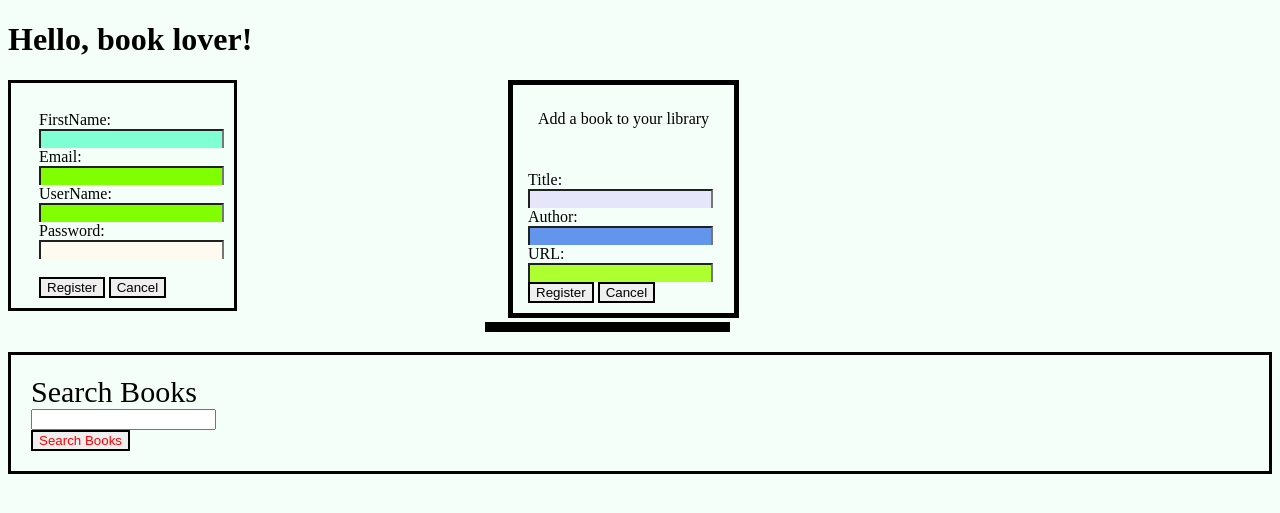
Repository: IuliaGusatu/cloudcomputingProjectSIMPREGusatuIulia
Page: environment/frontend/index.html
The author's editor kept a record of every edit. The page is drawn from the files as they stood at one moment, then again after the next edit.
The browser window is 1280 px wide. The pictures show the whole page.
The page's requests for data from a server got no answer.

Above is the page before.

### environment/frontend/index.html

<!DOCTYPE html>
<html style="background-color: mintcream;">
    <head>

        <title>BooksMania</title>
    </head>
    <body>
        <h1>Hello, book lover!</h1>
        <div style ="display: inline-block">
            <div style ="float: left; padding-left: 45px; border: 3px;border-color: black;border-style: solid;">
        <form style="margin: 10px;margin-left: -17px;">
  <input type="hidden" name="id" id="id" /><br />
  FirstName:<br />
  <input type="text" name="firstName" id="firstName" style="background-color: aquamarine;border-block-end-style: initial"/><br />
  Email:<br />
  <input type="text" name="email" id="email" style="border-block-end-style: initial;background-color: chartreuse;"><br/>
  UserName:<br />
  <input type="text" name="userName" id="userName" style="background-color: chartreuse;border-block-end-style: initial"><br/>
  Password:<br />
  <input type="text" name="password" id="password" style="background-color: floralwhite; border-block-end-style: initial"><br/>
  <br/>
  <input type="submit" value="Register" style="border-style: solid; border-color: black;" onSubmit="saveUsers()">
  <input type="reset" value="Cancel" style="border-style: solid; border-color: black;">
</form>
</div>
<div style ="float: right; margin-left:271px; border-color:black ; border-padding: 10px; border: 5px; border-style: solid;">
   <p style=" margin:25px">Add a book to your library</p>
  <form style=" margin-left: 15px;"onSubmit="saveBooks(event)">
  <input type="hidden" name="id" id="id" /><br />
  Title:<br />
  <input type="text" name="title" id="title"   style="background-color: lavender;border-block-end-style: initial"/><br />
  Author:<br />
  <input type="text" name="author" id="author" style="background-color: cornflowerblue; border-block-end-style: initial"><br/>
  URL:<br />
  <input type="text" name="url" id="url" style="background-color: greenyellow;border-block-end-style: initial"><br/>
  <input type="submit" value="Register" style=" margin-bottom: 10px;border-style: solid;border-color: black;">
  <input type="reset" value="Cancel"style="border-style: solid;border-color: black;">
</form>
</div>
</div>
<div   onSubmit ="showBooks()"id ="table"style="border-color:black ; border-padding: 10px; border: 5px; border-style: solid; margin-right: 542px; margin-left: 477px;">

</div>
<div style="padding:10px">

</div>
<div style ="display: inline-block border-color: black; border-style: solid;">
<div id="search"  style=" padding: 10px; margin: 10px;">
    	<label  style="font-family: fantasy;font-size: 30px" for="search">Search Books</label>
		<form id="myform">
			<div >
				<input type="search" id="books">

			</div>
			<button style="border-style: solid; border-color: black; color:red"  >Search Books</button>
		</form>
	</div>
	<div id="result">

	</div>
</div>
<script src="https://unpkg.com/axios/dist/axios.min.js"></script>
 <script
    src="https://code.jquery.com/jquery-3.3.1.min.js"
    integrity="sha256-FgpCb/KJQlLNfOu91ta32o/NMZxltwRo8QtmkMRdAu8="
    crossorigin="anonymous"></script>

<script>

    $(document).ready(function() {
        console.log('Hello from JQuery')
        showBooks()
    })
function showBooks() {
    axios.get('/books').then(function(results) {

        let html = ` <table style="width:500px;">
                <tr>
                    <th style="padding:10px">ID</th>
                    <th style="padding:10px">Title</th>
                    <th style="padding:10px">Author</th>
                    <th style="padding:10px">URL</th>

                </tr>`

        results.data.forEach(function(element) {
            html += `<tr>
                        <td>${element.id}</td>
                        <td>${element.title}</td>
                        <td>${element.author}</td>
                        <td>${element.url}</td>
                        <td>
                            <button onClick="editBooks(${element.id})" onClick="editBooks">Edit</button>
                            <button onClick="deleteBooks(${element.id})" onClick="deleteBooks">Delete</button>
                        </td>
                    </tr>`
        })

        html += `</table>`

        $('#table').html(html)
    }).catch(function(error) {
        console.log(error)
    })
}

function saveBooks(event) {
    event.preventDefault()

    let id = $('#id').val()
    let title = $('#title').val()
    let author = $('#author').val()
    let url = $('#url').val()

    if(id) {
        //make a request to PUT /messages/:id
  axios.put('/books/'+id, {
    title: title,
    author: author,
    url: url
}).then(function(result) {
    showBooks()
    $(event.target).trigger("reset")
}).catch(function(err) {
    alert('Resource could not be saved')
})
    } else {
        //make a request to POST /messages
axios.post('/books', {
    title: title,
    author: author,
    url: url
}).then(function(result) {
    showBooks()
    $(event.target).trigger("reset")
}).catch(function(err) {
    alert('Resource could not be saved')
})
    }

}

 function editBooks(id) {
    //get the values from the server
    axios.get('/books/'+id).then(function(result) {
        //display values in the form
        $('#id').val(result.data.id)
        $('#title').val(result.data.title)
        $('#author').val(result.data.author)
        $('#url').val(result.data.url)
    }).catch(function(err) {
        console.log(err)
        alert('Could not find resource')
    })
}

function deleteBooks(id) {
    axios.delete('/books/'+id).then(function(result) {
        showBooks()
    }).catch(function(err) {
        alert('Resource could not delete resource')
    })
}

function saveUsers(event) {
    event.preventDefault()

    let id = $('#id').val()
    let firstName = $('#firstName').val()
    let email = $('#email').val()
    let userName = $('#userName').val()
    let password = $('#password').val()
    if(id) {
        //make a request to PUT /messages/:id
  axios.put('/users/'+id, {
    firstName: firstName,
    email: email,
    userName: userName,
    password: password
}).then(function(result) {

    $(event.target).trigger("reset")
}).catch(function(err) {
    alert('Resource could not be saved')
})
    } else {
        //make a request to POST /messages
axios.post('/users', {
    firstName: firstName,
    email: email,
    userName: userName,
    password: password
}).then(function(result) {

    $(event.target).trigger("reset")
}).catch(function(err) {
    alert('Resource could not be saved')
})
    }

}
$(document).ready(function(){

   $("#myform").submit(function(){

   	  var search = $("#books").val();
   	  if(search == "")
   	  {
   	  	alert("Please enter something in the field");
   	  }
   	  else{
   	  var url = "";
   	  var img = "";
      var title = "";
      var author = "";

   	  $.get("https://www.googleapis.com/books/v1/volumes?q=" + search,function(response){

         for(i=0;i<response.items.length;i++)
          {
           title=$('<h5 >' + response.items[i].volumeInfo.title + '</h5>');
           author=$('<h5 > By:' + response.items[i].volumeInfo.authors + '</h5>');
           img = $('<img ><br><a href=' + response.items[i].volumeInfo.infoLink + '><button id="imagebutton" style="border-style: solid; border-color: black; background: red"  >Read More</button></a>');
           url= response.items[i].volumeInfo.imageLinks.thumbnail;
           img.attr('src', url);
           title.appendTo('#result');
           author.appendTo('#result');
           img.appendTo('#result');
          }
   	  });

      }
      return false;
   });

});



</script>


    </body>
</html>

After the next edit:
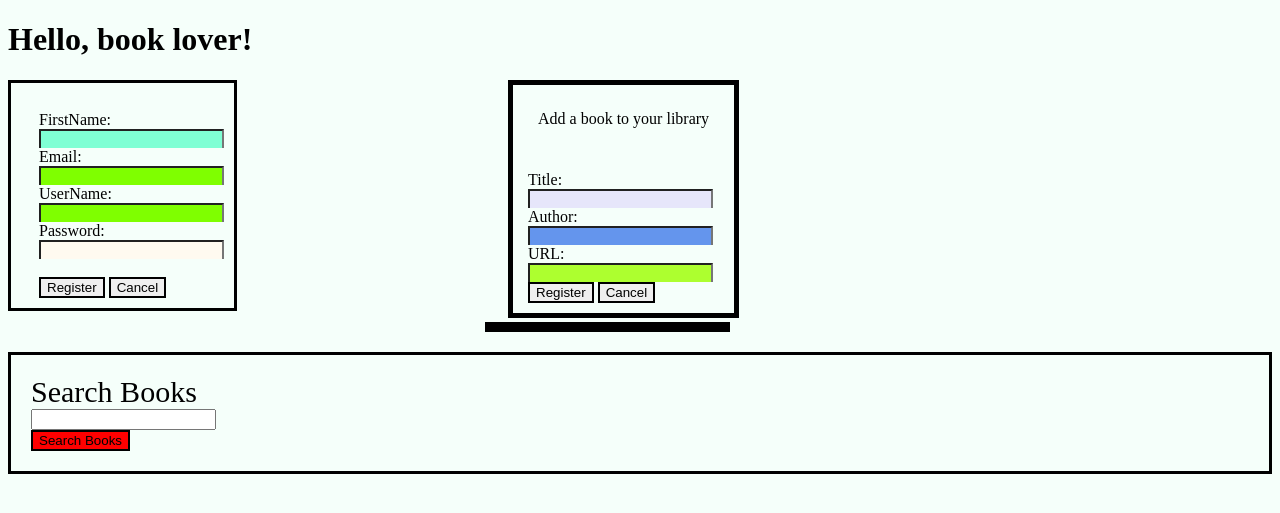
The edit:
--- a/environment/frontend/index.html
+++ b/environment/frontend/index.html
@@ -53,7 +53,7 @@
 				<input type="search" id="books">
 
 			</div>
-			<button style="border-style: solid; border-color: black; color:red"  >Search Books</button>
+			<button style="border-style: solid; border-color: black; background:red"  >Search Books</button>
 		</form>
 	</div>
 	<div id="result">
